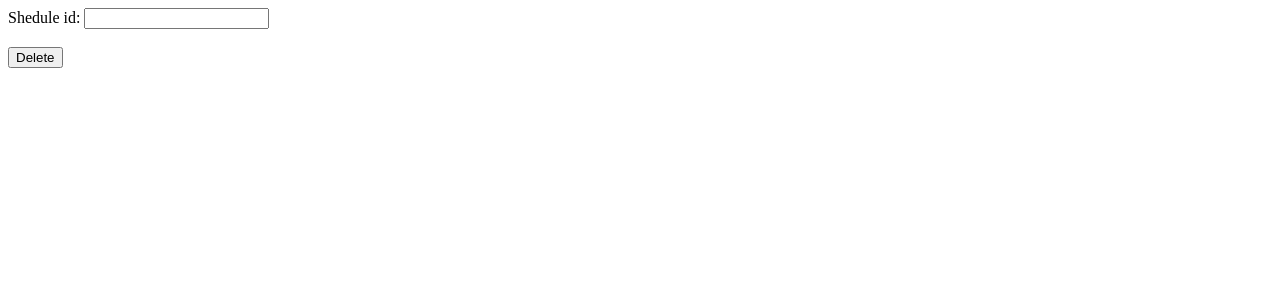
Repository: gummabhargavi/DynWebEjBPoject-AND-server
Page: DynWebEjbBusProject/WebContent/DeleteTravel.html
An editor plug-in stored every save of this project. The page is shown before and after the next save, followed by the edit.
The browser window is 1280 px wide. The pictures show the whole page.

Above is the page before, as saved 2022-12-07 12:24:12.

After the next save:
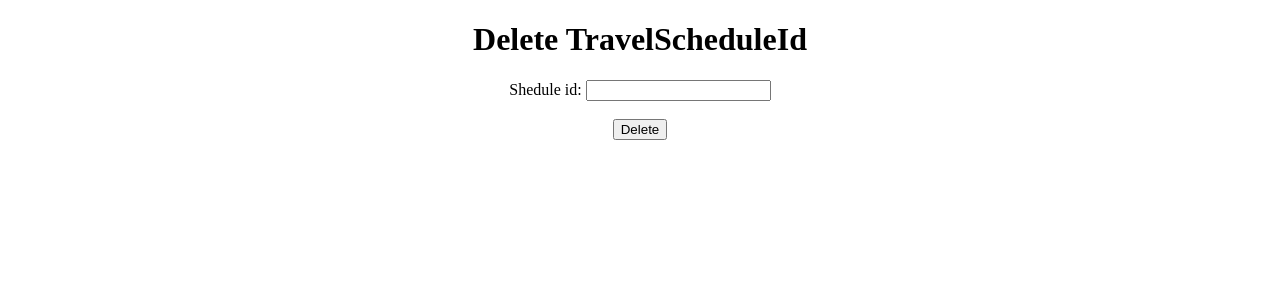
Saved 52 s later.
--- a/DynWebEjbBusProject/WebContent/DeleteTravel.html
+++ b/DynWebEjbBusProject/WebContent/DeleteTravel.html
@@ -6,9 +6,13 @@
 </head>
 <body>
      <form action="DeleteTravelServlet">
+     <center>
+     <h1>Delete TravelScheduleId</h1>
     Shedule id:
       <input type="text" name="schedule_id" ><br/><br/>
       <input type="submit" value="Delete" >
+      </center>
+
    </form>
 </body>
 </html>
